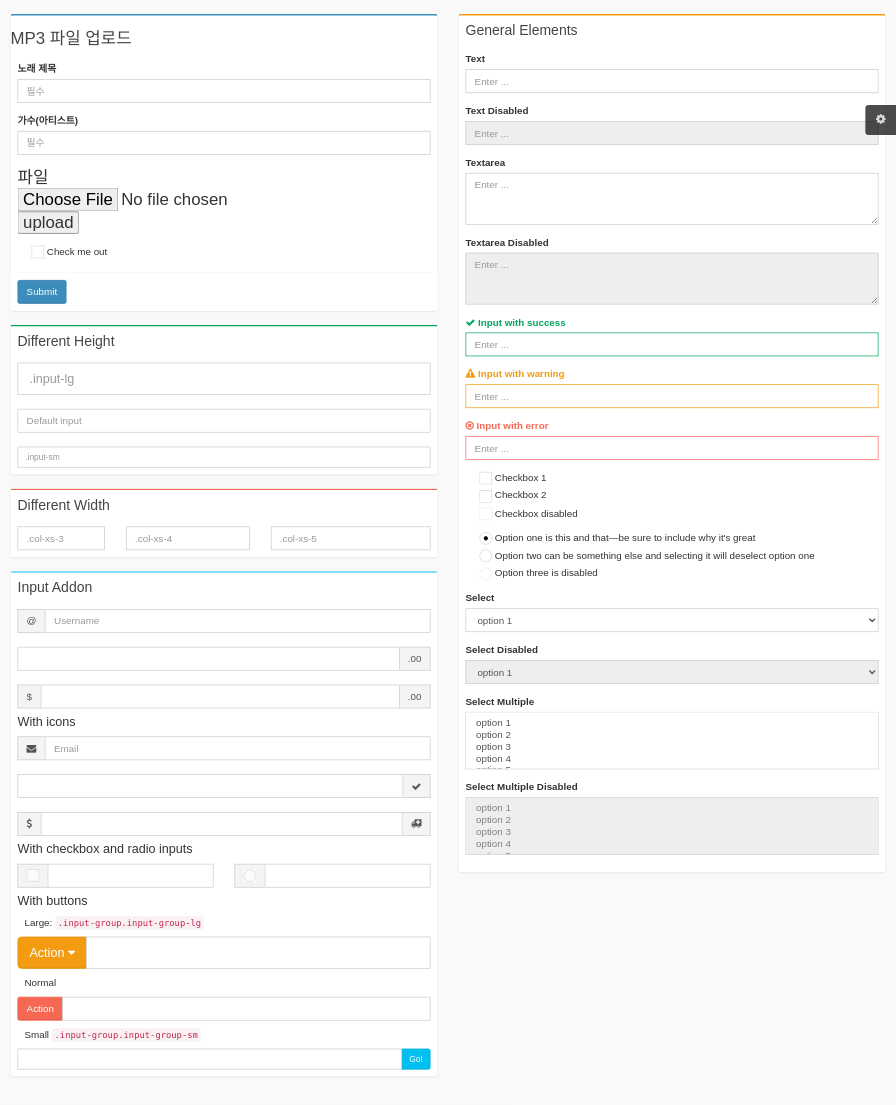
Repository: porivas/140630_Java
Page: http://localhost/Day1001mini01/upload
An editor plug-in stored every save of this project. The page is shown before and after a run of saves, followed by the edit.
The browser window is 1280 px wide. The pictures show the whole page, at 70% of full size.
Some web fonts or font styles are not loaded; a fallback is used. Some web libraries are served in a nearby version. The page is served by Tomcat 9. Other server files are loaded and not shown.

Above is the page before, as saved 2014-10-02 09:53:45.

### Day1001mini01/WebContent/WEB-INF/jsp/uploadPage.jsp
<!DOCTYPE html>
<%@ page language="java" contentType="text/html; charset=UTF-8"
    pageEncoding="UTF-8"%>

<html>
    <head>
<meta http-equiv="Content-Type" content="text/html; charset=UTF-8">
        <title>AdminLTE | Dashboard</title>
        <meta content='width=device-width, initial-scale=1, maximum-scale=1, user-scalable=no' name='viewport'>
        <link href="//maxcdn.bootstrapcdn.com/bootstrap/3.2.0/css/bootstrap.min.css" rel="stylesheet" type="text/css" />
        <link href="//cdnjs.cloudflare.com/ajax/libs/font-awesome/4.1.0/css/font-awesome.min.css" rel="stylesheet" type="text/css" />
        <!-- Ionicons -->
        <link href="//code.ionicframework.com/ionicons/1.5.2/css/ionicons.min.css" rel="stylesheet" type="text/css" />
        <!-- Theme style -->
        <link href="../../css/AdminLTE.css" rel="stylesheet" type="text/css" />

        <!-- HTML5 Shim and Respond.js IE8 support of HTML5 elements and media queries -->
        <!-- WARNING: Respond.js doesn't work if you view the page via file:// -->
        <!--[if lt IE 9]>
          <script src="https://oss.maxcdn.com/libs/html5shiv/3.7.0/html5shiv.js"></script>
          <script src="https://oss.maxcdn.com/libs/respond.js/1.3.0/respond.min.js"></script>
        <![endif]-->
    </head>
    <body class="skin-blue">

                <!-- Main content -->
                <section class="content">
                    <div class="row">
                        <!-- left column -->
                        <div class="col-md-6">
                            <!-- general form elements -->
                            <div class="box box-primary">
                                <div class="box-header">
                                    <h3>MP3 파일 업로드</h3>
                                </div><!-- /.box-header -->
                                <!-- form start -->
                                <form role="form">
                                    <div class="box-body">
                                        <div class="form-group">
                                            <label for="title">노래 제목</label>
                                            <input type="title" class="form-control" id="title" placeholder="필수">
                                        </div>
                                        <div class="form-group">
                                            <label for="art">가수(아티스트)</label>
                                            <input type="art" class="form-control" id="art" placeholder="필수">
                                        </div>

                                        <div class="form-group">
                                        <h3>
											<form method="post" action="upload" enctype="multipart/form-data" >
											파일 <input type = "file" name="filename">
											<input type='submit' value='upload'></font></h3>
											</form>
										</div>



                                        <div class="checkbox">
                                            <label>
                                                <input type="checkbox"> Check me out
                                            </label>
                                        </div>
                                    </div><!-- /.box-body -->

                                    <div class="box-footer">
                                        <button type="submit" class="btn btn-primary">Submit</button>
                                    </div>
                                </form>
                            </div><!-- /.box -->

                            <!-- Form Element sizes -->
                            <div class="box box-success">
                                <div class="box-header">
                                    <h3 class="box-title">Different Height</h3>
                                </div>
                                <div class="box-body">
                                    <input class="form-control input-lg" type="text" placeholder=".input-lg">
                                    <br/>
                                    <input class="form-control" type="text" placeholder="Default input">
                                    <br/>
                                    <input class="form-control input-sm" type="text" placeholder=".input-sm">
                                </div><!-- /.box-body -->
                            </div><!-- /.box -->

                            <div class="box box-danger">
                                <div class="box-header">
                                    <h3 class="box-title">Different Width</h3>
                                </div>
                                <div class="box-body">
                                    <div class="row">
                                        <div class="col-xs-3">
                                            <input type="text" class="form-control" placeholder=".col-xs-3">
                                        </div>
                                        <div class="col-xs-4">
                                            <input type="text" class="form-control" placeholder=".col-xs-4">
                                        </div>
                                        <div class="col-xs-5">
                                            <input type="text" class="form-control" placeholder=".col-xs-5">
                                        </div>
                                    </div>
                                </div><!-- /.box-body -->
                            </div><!-- /.box -->

                            <!-- Input addon -->
                            <div class="box box-info">
                                <div class="box-header">
                                    <h3 class="box-title">Input Addon</h3>
                                </div>
                                <div class="box-body">
                                    <div class="input-group">
                                        <span class="input-group-addon">@</span>
                                        <input type="text" class="form-control" placeholder="Username">
                                    </div>
                                    <br/>
                                    <div class="input-group">
                                        <input type="text" class="form-control">
                                        <span class="input-group-addon">.00</span>
                                    </div>
                                    <br/>
                                    <div class="input-group">
                                        <span class="input-group-addon">$</span>
                                        <input type="text" class="form-control">
                                        <span class="input-group-addon">.00</span>
                                    </div>

                                    <h4>With icons</h4>
                                    <div class="input-group">
                                        <span class="input-group-addon"><i class="fa fa-envelope"></i></span>
                                        <input type="text" class="form-control" placeholder="Email">
                                    </div>
                                    <br/>
                                    <div class="input-group">
                                        <input type="text" class="form-control">
                                        <span class="input-group-addon"><i class="fa fa-check"></i></span>
                                    </div>
                                    <br/>
                                    <div class="input-group">
                                        <span class="input-group-addon"><i class="fa fa-dollar"></i></span>
                                        <input type="text" class="form-control">
                                        <span class="input-group-addon"><i class="fa fa-ambulance"></i></span>
                                    </div>

                                    <h4>With checkbox and radio inputs</h4>
                                    <div class="row">
                                        <div class="col-lg-6">
                                            <div class="input-group">
                                                <span class="input-group-addon">
                                                    <input type="checkbox">
                                                </span>
                                                <input type="text" class="form-control">
                                            </div><!-- /input-group -->
                                        </div><!-- /.col-lg-6 -->
                                        <div class="col-lg-6">
                                            <div class="input-group">
                                                <span class="input-group-addon">
                                                    <input type="radio">
                                                </span>
                                                <input type="text" class="form-control">
                                            </div><!-- /input-group -->
                                        </div><!-- /.col-lg-6 -->
                                    </div><!-- /.row -->

                                    <h4>With buttons</h4>
                                    <p class="margin">Large: <code>.input-group.input-group-lg</code></p>
                                    <div class="input-group input-group-lg">
                                        <div class="input-group-btn">
                                            <button type="button" class="btn btn-warning dropdown-toggle" data-toggle="dropdown">Action <span class="fa fa-caret-down"></span></button>
                                            <ul class="dropdown-menu">
                                                <li><a href="#">Action</a></li>
                                                <li><a href="#">Another action</a></li>
                                                <li><a href="#">Something else here</a></li>
                                                <li class="divider"></li>
                                                <li><a href="#">Separated link</a></li>
                                            </ul>
                                        </div><!-- /btn-group -->
                                        <input type="text" class="form-control">
                                    </div><!-- /input-group -->
                                    <p class="margin">Normal</p>
                                    <div class="input-group">
                                        <div class="input-group-btn">
                                            <button type="button" class="btn btn-danger">Action</button>
                                        </div><!-- /btn-group -->
                                        <input type="text" class="form-control">
                                    </div><!-- /input-group -->
                                    <p class="margin">Small <code>.input-group.input-group-sm</code></p>
                                    <div class="input-group input-group-sm">
                                        <input type="text" class="form-control">
                                        <span class="input-group-btn">
                                            <button class="btn btn-info btn-flat" type="button">Go!</button>
                                        </span>
                                    </div><!-- /input-group -->
                                </div><!-- /.box-body -->
                            </div><!-- /.box -->

                        </div><!--/.col (left) -->
                        <!-- right column -->
                        <div class="col-md-6">
                            <!-- general form elements disabled -->
                            <div class="box box-warning">
                                <div class="box-header">
                                    <h3 class="box-title">General Elements</h3>
                                </div><!-- /.box-header -->
                                <div class="box-body">
                                    <form role="form">
                                        <!-- text input -->
                                        <div class="form-group">
                                            <label>Text</label>
                                            <input type="text" class="form-control" placeholder="Enter ..."/>
                                        </div>
                                        <div class="form-group">
                                            <label>Text Disabled</label>
                                            <input type="text" class="form-control" placeholder="Enter ..." disabled/>
                                        </div>

                                        <!-- textarea -->
                                        <div class="form-group">
                                            <label>Textarea</label>
                                            <textarea class="form-control" rows="3" placeholder="Enter ..."></textarea>
                                        </div>
                                        <div class="form-group">
                                            <label>Textarea Disabled</label>
                                            <textarea class="form-control" rows="3" placeholder="Enter ..." disabled></textarea>
                                        </div>

                                        <!-- input states -->
                                        <div class="form-group has-success">
                                            <label class="control-label" for="inputSuccess"><i class="fa fa-check"></i> Input with success</label>
                                            <input type="text" class="form-control" id="inputSuccess" placeholder="Enter ..."/>
                                        </div>
                                        <div class="form-group has-warning">
                                            <label class="control-label" for="inputWarning"><i class="fa fa-warning"></i> Input with warning</label>
                                            <input type="text" class="form-control" id="inputWarning" placeholder="Enter ..."/>
                                        </div>
                                        <div class="form-group has-error">
                                            <label class="control-label" for="inputError"><i class="fa fa-times-circle-o"></i> Input with error</label>
                                            <input type="text" class="form-control" id="inputError" placeholder="Enter ..."/>
                                        </div>

                                        <!-- checkbox -->
                                        <div class="form-group">
                                            <div class="checkbox">
                                                <label>
                                                    <input type="checkbox"/>
                                                    Checkbox 1
                                                </label>
                                            </div>

                                            <div class="checkbox">
                                                <label>
                                                    <input type="checkbox"/>
                                                    Checkbox 2
                                                </label>
                                            </div>

                                            <div class="checkbox">
                                                <label>
                                                    <input type="checkbox" disabled/>
                                                    Checkbox disabled
                                                </label>
                                            </div>
                                        </div>

                                        <!-- radio -->
                                        <div class="form-group">
                                            <div class="radio">
                                                <label>
                                                    <input type="radio" name="optionsRadios" id="optionsRadios1" value="option1" checked>
                                                    Option one is this and that&mdash;be sure to include why it's great
                                                </label>
                                            </div>
                                            <div class="radio">
                                                <label>
                                                    <input type="radio" name="optionsRadios" id="optionsRadios2" value="option2">
                                                    Option two can be something else and selecting it will deselect option one
                                                </label>
                                            </div>
                                            <div class="radio">
                                                <label>
                                                    <input type="radio" name="optionsRadios" id="optionsRadios3" value="option3" disabled/>
                                                    Option three is disabled
                                                </label>
                                            </div>
                                        </div>

                                        <!-- select -->
                                        <div class="form-group">
                                            <label>Select</label>
                                            <select class="form-control">
                                                <option>option 1</option>
                                                <option>option 2</option>
                                                <option>option 3</option>
                                                <option>option 4</option>
                                                <option>option 5</option>
                                            </select>
                                        </div>
                                        <div class="form-group">
                                            <label>Select Disabled</label>
                                            <select class="form-control" disabled>
                                                <option>option 1</option>
                                                <option>option 2</option>
                                                <option>option 3</option>
                                                <option>option 4</option>
                                                <option>option 5</option>
                                            </select>
                                        </div>

                                        <!-- Select multiple-->
                                        <div class="form-group">
                                            <label>Select Multiple</label>
                                            <select multiple class="form-control">
                                                <option>option 1</option>
                                                <option>option 2</option>
                                                <option>option 3</option>
                                                <option>option 4</option>
                                                <option>option 5</option>
                                            </select>
                                        </div>
                                        <div class="form-group">
                                            <label>Select Multiple Disabled</label>
                                            <select multiple class="form-control" disabled>
                                                <option>option 1</option>
                                                <option>option 2</option>
                                                <option>option 3</option>
                                                <option>option 4</option>
                                                <option>option 5</option>
                                            </select>
                                        </div>

                                    </form>
                                </div><!-- /.box-body -->
                            </div><!-- /.box -->
                        </div><!--/.col (right) -->
                    </div>   <!-- /.row -->
                </section><!-- /.content -->
            </aside><!-- /.right-side -->
        </div><!-- ./wrapper -->

        <script src="//ajax.googleapis.com/ajax/libs/jquery/2.1.1/jquery.min.js"></script>
        <script src="//maxcdn.bootstrapcdn.com/bootstrap/3.2.0/js/bootstrap.min.js" type="text/javascript"></script>
        <!-- AdminLTE App -->
        <script src="../../js/AdminLTE/app.js" type="text/javascript"></script>
        <!-- AdminLTE for demo purposes -->
        <script src="../../js/AdminLTE/demo.js" type="text/javascript"></script>
    </body>
</html>

Loaded but not shown: Day1001mini01/WebContent/js/AdminLTE/app.js (1054 lines, source omitted); Day1001mini01/WebContent/js/AdminLTE/demo.js (81 lines, source omitted); Day1001mini01/WebContent/css/AdminLTE.css (3535 lines, source omitted); Day1001mini01/src/org/han/web/UploadController.java (121 lines, source omitted)

After the next 2 saves:
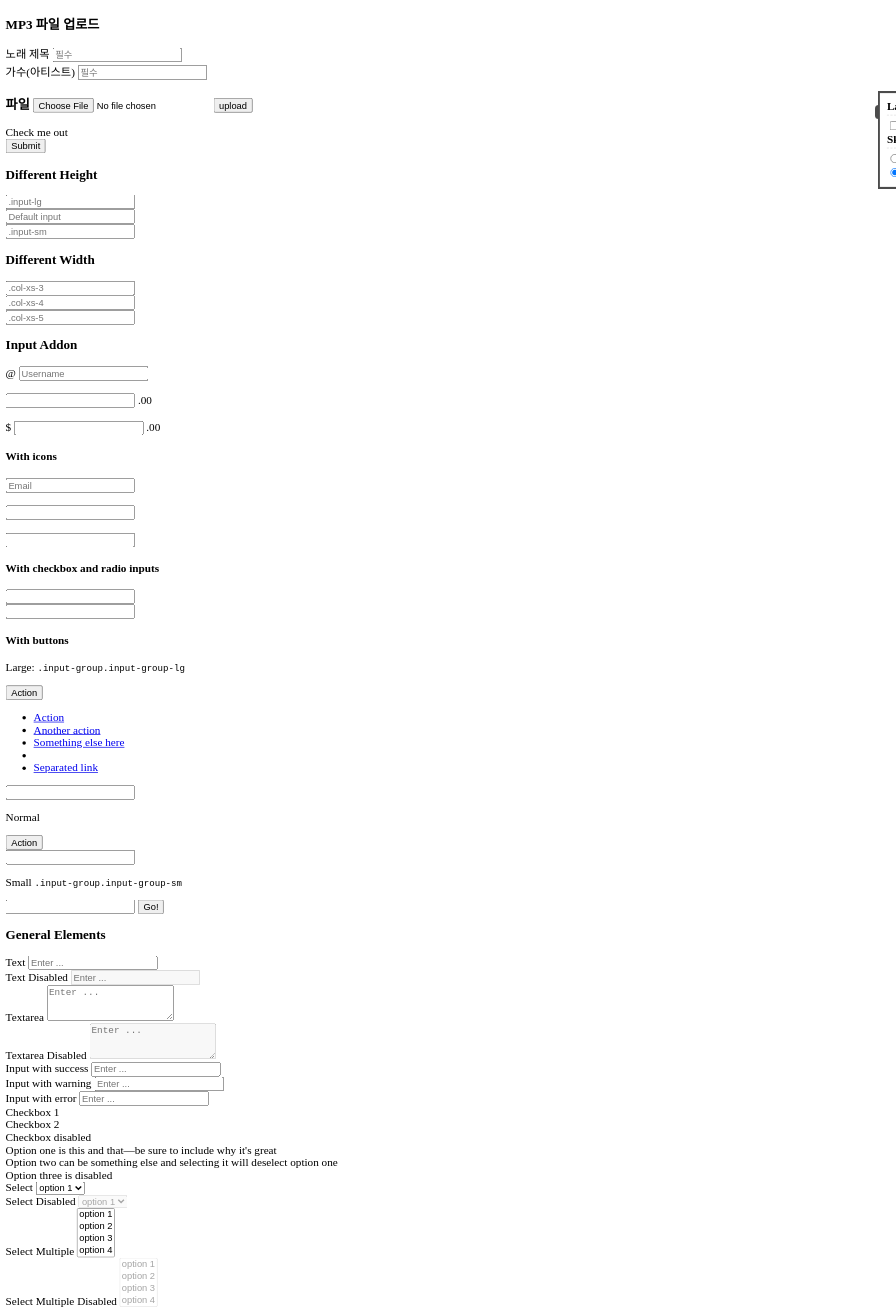
The 2 saves are shown as one change because they came seconds apart.
The last was saved 82 s later.
--- a/Day1001mini01/WebContent/WEB-INF/jsp/uploadPage.jsp
+++ b/Day1001mini01/WebContent/WEB-INF/jsp/uploadPage.jsp
@@ -5,23 +5,8 @@
 <html>
     <head>
 <meta http-equiv="Content-Type" content="text/html; charset=UTF-8">
-        <title>AdminLTE | Dashboard</title>
-        <meta content='width=device-width, initial-scale=1, maximum-scale=1, user-scalable=no' name='viewport'>
-        <link href="//maxcdn.bootstrapcdn.com/bootstrap/3.2.0/css/bootstrap.min.css" rel="stylesheet" type="text/css" />
-        <link href="//cdnjs.cloudflare.com/ajax/libs/font-awesome/4.1.0/css/font-awesome.min.css" rel="stylesheet" type="text/css" />
-        <!-- Ionicons -->
-        <link href="//code.ionicframework.com/ionicons/1.5.2/css/ionicons.min.css" rel="stylesheet" type="text/css" />
-        <!-- Theme style -->
-        <link href="../../css/AdminLTE.css" rel="stylesheet" type="text/css" />
-
-        <!-- HTML5 Shim and Respond.js IE8 support of HTML5 elements and media queries -->
-        <!-- WARNING: Respond.js doesn't work if you view the page via file:// -->
-        <!--[if lt IE 9]>
-          <script src="https://oss.maxcdn.com/libs/html5shiv/3.7.0/html5shiv.js"></script>
-          <script src="https://oss.maxcdn.com/libs/respond.js/1.3.0/respond.min.js"></script>
-        <![endif]-->
     </head>
-    <body class="skin-blue">
+    <body>
 
                 <!-- Main content -->
                 <section class="content">
